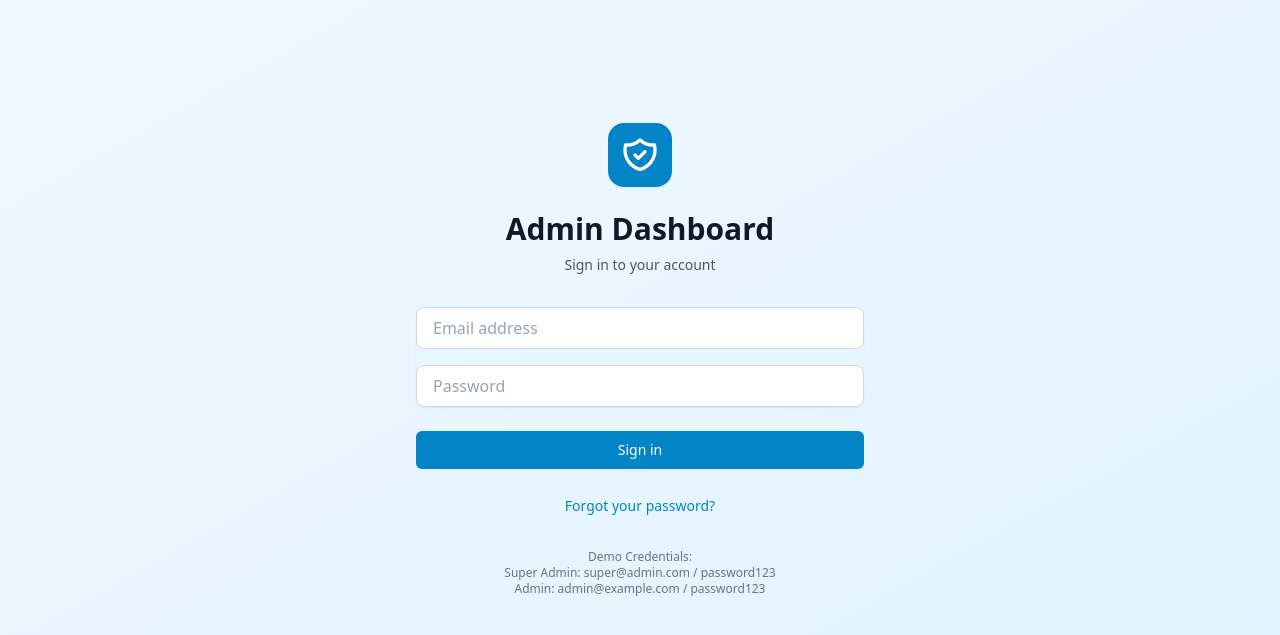
Repository: bilalarshad-1/E-Commernce
Page: / (app in frontend/)
An editor plug-in stored every save of this project. The page is shown before and after a run of saves, followed by the edit.
The browser window is 1280 px wide. The pictures show the whole page.
The page's requests for data from a server got no answer. The project was rebuilt for these pictures with package versions that can differ from the ones it lists, and the page was loaded fresh each time. No one was signed in, and anything a server would have sent is missing. Also part of the build but not shown: frontend/vite.config.js, frontend/src/components/Dashboard.jsx, frontend/src/components/Users.jsx, frontend/src/components/AuditLogs.jsx, frontend/src/components/Products/DeleteModal.jsx, frontend/src/components/Products/StockModal.jsx, frontend/src/components/Products/BarcodeModal.jsx, frontend/src/components/Products/QRCodeModal.jsx and 17 more.

Above is the page before, as saved 2026-05-18 01:25:06.

### frontend/src/main.jsx
import React from 'react'
import ReactDOM from 'react-dom/client'
import { BrowserRouter } from 'react-router-dom'
import App from './App.jsx'
import './index.css'
import { Toaster } from 'react-hot-toast'

ReactDOM.createRoot(document.getElementById('root')).render(
  <React.StrictMode>
    <BrowserRouter>
      <App />
      <Toaster position="top-right" />
    </BrowserRouter>
  </React.StrictMode>,
)

### frontend/src/index.css
@tailwind base;
@tailwind components;
@tailwind utilities;

@layer base {
  body {
    @apply bg-gray-50;
  }
}

@layer components {
  .sidebar-link {
    @apply flex items-center px-4 py-3 text-gray-700 hover:bg-gray-100 hover:text-gray-900 transition-colors duration-200;
  }

  .sidebar-link.active {
    @apply bg-primary-50 text-primary-600 border-r-4 border-primary-600;
  }

  .btn-primary {
    @apply bg-primary-600 text-white px-4 py-2 rounded-lg hover:bg-primary-700 transition-colors duration-200 focus:outline-none focus:ring-2 focus:ring-primary-500 focus:ring-offset-2;
  }

  .btn-secondary {
    @apply bg-gray-200 text-gray-800 px-4 py-2 rounded-lg hover:bg-gray-300 transition-colors duration-200;
  }

  .card {
    @apply bg-white rounded-xl shadow-sm border border-gray-200 p-6;
  }

  .input-field {
    @apply w-full px-4 py-2 border border-gray-300 rounded-lg focus:outline-none focus:ring-2 focus:ring-primary-500 focus:border-transparent;
  }
}

### frontend/src/context/AuthContext.jsx
import React, { createContext, useState, useContext, useEffect } from 'react';
import { authService } from '../services/api';
import toast from 'react-hot-toast';

const AuthContext = createContext({});

export const useAuth = () => useContext(AuthContext);

export const AuthProvider = ({ children }) => {
  const [user, setUser] = useState(null);
  const [loading, setLoading] = useState(true);

  useEffect(() => {
    const token = localStorage.getItem('token');
    const savedUser = localStorage.getItem('user');

    if (token && savedUser) {
      setUser(JSON.parse(savedUser));
      validateToken();
    } else {
      setLoading(false);
    }
  }, []);

  const validateToken = async () => {
    try {
      const response = await authService.getMe();
      if (response.data.success) {
        setUser(response.data.data);
        localStorage.setItem('user', JSON.stringify(response.data.data));
      }
    } catch (error) {
      logout();
    } finally {
      setLoading(false);
    }
  };

  const login = async (email, password) => {
    try {
      const response = await authService.login({ email, password });
      if (response.data.success) {
        const { token, user } = response.data;
        localStorage.setItem('token', token);
        localStorage.setItem('user', JSON.stringify(user));
        setUser(user);
        toast.success('Login successful!');
        return { success: true };
      }
    } catch (error) {
      toast.error(error.response?.data?.message || 'Login failed');
      return { success: false, error: error.response?.data?.message };
    }
  };

  const logout = async () => {
    try {
      await authService.logout();
    } catch (error) {
      console.error('Logout error:', error);
    } finally {
      localStorage.removeItem('token');
      localStorage.removeItem('user');
      setUser(null);
      toast.success('Logged out successfully');
    }
  };

  const registerFirstUser = async (userData) => {
    try {
      const response = await authService.registerFirst(userData);
      if (response.data.success) {
        const { token, user } = response.data;
        localStorage.setItem('token', token);
        localStorage.setItem('user', JSON.stringify(user));
        setUser(user);
        toast.success('Super Admin created successfully!');
        return { success: true };
      }
    } catch (error) {
      toast.error(error.response?.data?.message || 'Registration failed');
      return { success: false, error: error.response?.data?.message };
    }
  };

  const hasRole = (roles) => {
    if (!user) return false;
    return roles.includes(user.role);
  };

  return (
    <AuthContext.Provider
      value={{
        user,
        loading,
        login,
        logout,
        registerFirstUser,
        hasRole,
        isAuthenticated: !!user,
      }}
    >
      {children}
    </AuthContext.Provider>
  );
};

### frontend/src/components/Layout/Layout.jsx
import React, { useState } from 'react';
import { Outlet } from 'react-router-dom';
import Sidebar from './Sidebar';
import Header from './Header';

const Layout = () => {
  const [sidebarOpen, setSidebarOpen] = useState(false);

  return (
    <div className="h-screen flex overflow-hidden bg-gray-50">
      <Sidebar isOpen={sidebarOpen} onClose={() => setSidebarOpen(false)} />

      <div className="flex-1 flex flex-col overflow-hidden">
        <Header onMenuClick={() => setSidebarOpen(true)} />

        <main className="flex-1 overflow-y-auto p-4 sm:p-6 lg:p-8">
          <div className="max-w-7xl mx-auto">
            <Outlet />
          </div>
        </main>
      </div>
    </div>
  );
};

export default Layout;

### frontend/src/components/Login.jsx
import React, { useState } from 'react';
import { useNavigate } from 'react-router-dom';
import { useAuth } from '../context/AuthContext';
import toast from 'react-hot-toast';

const Login = () => {
  const [email, setEmail] = useState('');
  const [password, setPassword] = useState('');
  const [loading, setLoading] = useState(false);
  const { login } = useAuth();
  const navigate = useNavigate();

  const handleSubmit = async (e) => {
    e.preventDefault();

    if (!email || !password) {
      toast.error('Please fill in all fields');
      return;
    }

    setLoading(true);
    const result = await login(email, password);
    setLoading(false);

    if (result.success) {
      navigate('/dashboard');
    }
  };

  return (
    <div className="min-h-screen bg-gradient-to-br from-primary-50 to-primary-100 flex items-center justify-center px-4">
      <div className="max-w-md w-full space-y-8 animate-fade-in">
        <div className="text-center">
          <div className="mx-auto h-16 w-16 bg-primary-600 rounded-2xl flex items-center justify-center">
            <svg className="h-10 w-10 text-white" fill="none" viewBox="0 0 24 24" stroke="currentColor">
              <path strokeLinecap="round" strokeLinejoin="round" strokeWidth={2} d="M9 12l2 2 4-4m5.618-4.016A11.955 11.955 0 0112 2.944a11.955 11.955 0 01-8.618 3.04A12.02 12.02 0 003 9c0 5.591 3.824 10.29 9 11.622 5.176-1.332 9-6.03 9-11.622 0-1.042-.133-2.052-.382-3.016z" />
            </svg>
          </div>
          <h2 className="mt-6 text-3xl font-extrabold text-gray-900">
            Admin Dashboard
          </h2>
          <p className="mt-2 text-sm text-gray-600">
            Sign in to your account
          </p>
        </div>

        <form className="mt-8 space-y-6" onSubmit={handleSubmit}>
          <div className="rounded-md shadow-sm space-y-4">
            <div>
              <label htmlFor="email" className="sr-only">
                Email address
              </label>
              <input
                id="email"
                name="email"
                type="email"
                autoComplete="email"
                required
                value={email}
                onChange={(e) => setEmail(e.target.value)}
                className="input-field"
                placeholder="Email address"
              />
            </div>
            <div>
              <label htmlFor="password" className="sr-only">
                Password
              </label>
              <input
                id="password"
                name="password"
                type="password"
                autoComplete="current-password"
                required
                value={password}
                onChange={(e) => setPassword(e.target.value)}
                className="input-field"
                placeholder="Password"
              />
            </div>
          </div>

          <div>
            <button
              type="submit"
              disabled={loading}
              className="group relative w-full flex justify-center py-2 px-4 border border-transparent text-sm font-medium rounded-md text-white bg-primary-600 hover:bg-primary-700 focus:outline-none focus:ring-2 focus:ring-offset-2 focus:ring-primary-500 disabled:opacity-50 disabled:cursor-not-allowed"
            >
              {loading ? (
                <svg className="animate-spin h-5 w-5 text-white" xmlns="http://www.w3.org/2000/svg" fill="none" viewBox="0 0 24 24">
                  <circle className="opacity-25" cx="12" cy="12" r="10" stroke="currentColor" strokeWidth="4"></circle>
                  <path className="opacity-75" fill="currentColor" d="M4 12a8 8 0 018-8V0C5.373 0 0 5.373 0 12h4zm2 5.291A7.962 7.962 0 014 12H0c0 3.042 1.135 5.824 3 7.938l3-2.647z"></path>
                </svg>
              ) : (
                'Sign in'
              )}
            </button>
          </div>

          <div className="text-center">
            <a href="/forgot-password" className="text-sm text-primary-600 hover:text-primary-500">
              Forgot your password?
            </a>
          </div>
        </form>

        <div className="mt-8 text-center text-xs text-gray-500">
          <p>Demo Credentials:</p>
          <p>Super Admin: super@admin.com / password123</p>
          <p>Admin: admin@example.com / password123</p>
        </div>
      </div>
    </div>
  );
};

export default Login;

### frontend/src/components/PrivateRoute.jsx
import React from 'react';
import { Navigate } from 'react-router-dom';
import { useAuth } from '../context/AuthContext';

const PrivateRoute = ({ children, roles }) => {
  const { isAuthenticated, user, loading } = useAuth();

  if (loading) {
    return (
      <div className="flex justify-center items-center h-screen">
        <div className="animate-spin rounded-full h-12 w-12 border-b-2 border-primary-600"></div>
      </div>
    );
  }

  if (!isAuthenticated) {
    return <Navigate to="/login" />;
  }

  if (roles && !roles.includes(user?.role)) {
    return <Navigate to="/dashboard" />;
  }

  return children;
};

export default PrivateRoute;

### frontend/src/components/Layout/Sidebar.jsx
import React from 'react';
import { NavLink } from 'react-router-dom';
import { useAuth } from '../../context/AuthContext';
import {
  FiHome,
  FiUsers,
  FiClipboard,
  FiSettings,
  FiShield,
  FiActivity,
  FiBarChart2,
  FiPackage,
  FiFolder,
  FiUsers as FiCustomers,
  FiImage,
  FiShoppingBag,
  FiGrid,
  FiFileText,
  FiMail,
  FiStar,
  FiTrendingUp,
  FiTruck,
  FiTag,
  FiSliders
} from 'react-icons/fi';

const Sidebar = ({ isOpen, onClose }) => {
  const { user, hasRole } = useAuth();

  const menuItems = [
    {
      path: '/dashboard',
      name: 'Dashboard',
      icon: FiHome,
      roles: ['super-admin', 'admin', 'manager', 'employee']
    },
    {
      path: '/users',
      name: 'Users',
      icon: FiUsers,
      roles: ['super-admin', 'admin', 'manager']
    },
    {
      path: '/customers',
      name: 'Customers',
      icon: FiCustomers,
      roles: ['super-admin', 'admin', 'manager']
    },
    {
      path: '/products',
      name: 'Products',
      icon: FiPackage,
      roles: ['super-admin', 'admin', 'manager']
    },
    {
      path: '/categories',
      name: 'Categories',
      icon: FiFolder,
      roles: ['super-admin', 'admin', 'manager']
    },
    {
      path: '/hero',
      name: 'Hero Section',
      icon: FiSliders,
      roles: ['super-admin', 'admin']
    },
    {
      path: '/admin/orders',
      name: 'Orders',
      icon: FiShoppingBag,
      roles: ['super-admin', 'admin', 'manager']
    },
    {
      path: '/audit-logs',
      name: 'Audit Logs',
      icon: FiClipboard,
      roles: ['super-admin', 'admin']
    },
    {
      path: '/analytics',
      name: 'Analytics',
      icon: FiBarChart2,
      roles: ['super-admin', 'admin']
    },
    {
      path: '/settings',
      name: 'Settings',
      icon: FiSettings,
      roles: ['super-admin', 'admin']
    }
  ];

  const filteredMenu = menuItems.filter(item =>
    !item.roles || hasRole(item.roles)
  );

  return (
    <>
      {/* Mobile sidebar backdrop */}
      {isOpen && (
        <div
          className="fixed inset-0 z-20 bg-black bg-opacity-50 transition-opacity lg:hidden"
          onClick={onClose}
        />
      )}

      {/* Sidebar */}
      <div
        className={`fixed inset-y-0 left-0 z-30 w-64 bg-white shadow-lg transform transition-transform duration-300 ease-in-out lg:translate-x-0 lg:static lg:inset-auto ${
          isOpen ? 'translate-x-0' : '-translate-x-full'
        }`}
      >
        <div className="flex flex-col h-full">
          {/* Logo */}
          <div className="flex items-center justify-center h-16 bg-gradient-to-r from-orange-500 to-red-500">
            <div className="flex items-center space-x-2">
              <FiShield className="h-8 w-8 text-white" />
              <span className="text-white font-bold text-xl">DesiCart</span>
            </div>
          </div>

          {/* User Info */}
          <div className="px-4 py-4 border-b border-gray-200">
            <div className="flex items-center space-x-3">
              <div className="w-10 h-10 rounded-full bg-orange-100 flex items-center justify-center">
                <span className="text-orange-600 font-semibold">
                  {user?.name?.charAt(0).toUpperCase()}
                </span>
              </div>
              <div className="flex-1 min-w-0">
                <p className="text-sm font-medium text-gray-900 truncate">
                  {user?.name}
                </p>
                <p className="text-xs text-gray-500 truncate">
                  {user?.email}
                </p>
                <span className="inline-flex items-center px-2 py-0.5 rounded text-xs font-medium bg-orange-100 text-orange-800 mt-1">
                  {user?.role}
                </span>
              </div>
            </div>
          </div>

          {/* Navigation */}
          <nav className="flex-1 px-2 py-4 space-y-1 overflow-y-auto">
            {filteredMenu.map((item) => (
              <NavLink
                key={item.path}
                to={item.path}
                className={({ isActive }) =>
                  `flex items-center px-3 py-2 text-sm font-medium rounded-lg transition-colors ${
                    isActive
                      ? 'bg-orange-50 text-orange-700'
                      : 'text-gray-700 hover:bg-gray-100'
                  }`
                }
                onClick={onClose}
              >
                <item.icon className="h-5 w-5 mr-3" />
                {item.name}
              </NavLink>
            ))}
          </nav>

          {/* Footer */}
          <div className="p-4 border-t border-gray-200">
            <div className="text-xs text-gray-500 text-center">
              <p>© 2024 DesiCart</p>
              <p className="mt-1">Version 2.0.0</p>
            </div>
          </div>
        </div>
      </div>
    </>
  );
};

export default Sidebar;

### frontend/src/components/Layout/Header.jsx
import React, { useState } from 'react';
import { useNavigate } from 'react-router-dom';
import { useAuth } from '../../context/AuthContext';
import { FiMenu, FiBell, FiUser, FiLogOut, FiSettings } from 'react-icons/fi';

const Header = ({ onMenuClick }) => {
  const [showDropdown, setShowDropdown] = useState(false);
  const { user, logout } = useAuth();
  const navigate = useNavigate();

  const handleLogout = async () => {
    await logout();
    navigate('/login');
  };

  return (
    <header className="bg-white shadow-sm border-b border-gray-200">
      <div className="px-4 sm:px-6 lg:px-8">
        <div className="flex justify-between h-16">
          {/* Left side */}
          <div className="flex items-center">
            <button
              onClick={onMenuClick}
              className="p-2 rounded-md text-gray-400 hover:text-gray-500 hover:bg-gray-100 focus:outline-none focus:ring-2 focus:ring-inset focus:ring-primary-500 lg:hidden"
            >
              <FiMenu className="h-6 w-6" />
            </button>
            <div className="hidden lg:block">
              <h1 className="text-xl font-semibold text-gray-900">
                Welcome back, {user?.name?.split(' ')[0]}!
              </h1>
            </div>
          </div>

          {/* Right side */}
          <div className="flex items-center space-x-4">
            {/* Notifications */}
            <button className="p-2 rounded-full text-gray-400 hover:text-gray-500 hover:bg-gray-100 focus:outline-none focus:ring-2 focus:ring-offset-2 focus:ring-primary-500 relative">
              <FiBell className="h-6 w-6" />
              <span className="absolute top-0 right-0 block h-2 w-2 rounded-full bg-red-500 ring-2 ring-white" />
            </button>

            {/* User dropdown */}
            <div className="relative">
              <button
                onClick={() => setShowDropdown(!showDropdown)}
                className="flex items-center space-x-3 focus:outline-none"
              >
                <div className="w-8 h-8 rounded-full bg-primary-100 flex items-center justify-center">
                  <span className="text-primary-600 font-medium">
                    {user?.name?.charAt(0).toUpperCase()}
                  </span>
                </div>
                <span className="hidden md:block text-sm font-medium text-gray-700">
                  {user?.name}
                </span>
                <FiUser className="hidden md:block h-4 w-4 text-gray-400" />
              </button>

              {/* Dropdown menu */}
              {showDropdown && (
                <div className="absolute right-0 mt-2 w-48 bg-white rounded-md shadow-lg py-1 z-10 border border-gray-200">
                  <button
                    onClick={() => {
                      setShowDropdown(false);
                      navigate('/profile');
                    }}
                    className="block w-full text-left px-4 py-2 text-sm text-gray-700 hover:bg-gray-100"
                  >
                    <FiUser className="inline mr-2 h-4 w-4" />
                    Your Profile
                  </button>
                  <button
                    onClick={() => {
                      setShowDropdown(false);
                      navigate('/settings');
                    }}
                    className="block w-full text-left px-4 py-2 text-sm text-gray-700 hover:bg-gray-100"
                  >
                    <FiSettings className="inline mr-2 h-4 w-4" />
                    Settings
                  </button>
                  <hr className="my-1" />
                  <button
                    onClick={handleLogout}
                    className="block w-full text-left px-4 py-2 text-sm text-red-600 hover:bg-gray-100"
                  >
                    <FiLogOut className="inline mr-2 h-4 w-4" />
                    Sign out
                  </button>
                </div>
              )}
            </div>
          </div>
        </div>
      </div>

      {/* Mobile header title */}
      <div className="lg:hidden px-4 py-2 border-t border-gray-200">
        <p className="text-sm text-gray-600">
          Welcome back, {user?.name?.split(' ')[0]}!
        </p>
      </div>
    </header>
  );
};

export default Header;

Loaded but not shown: frontend/src/services/api.js (123 lines, source omitted); frontend/tailwind.config.js (26 lines, source omitted); frontend/src/App.jsx (224 lines, source omitted)

After the next 2 saves:
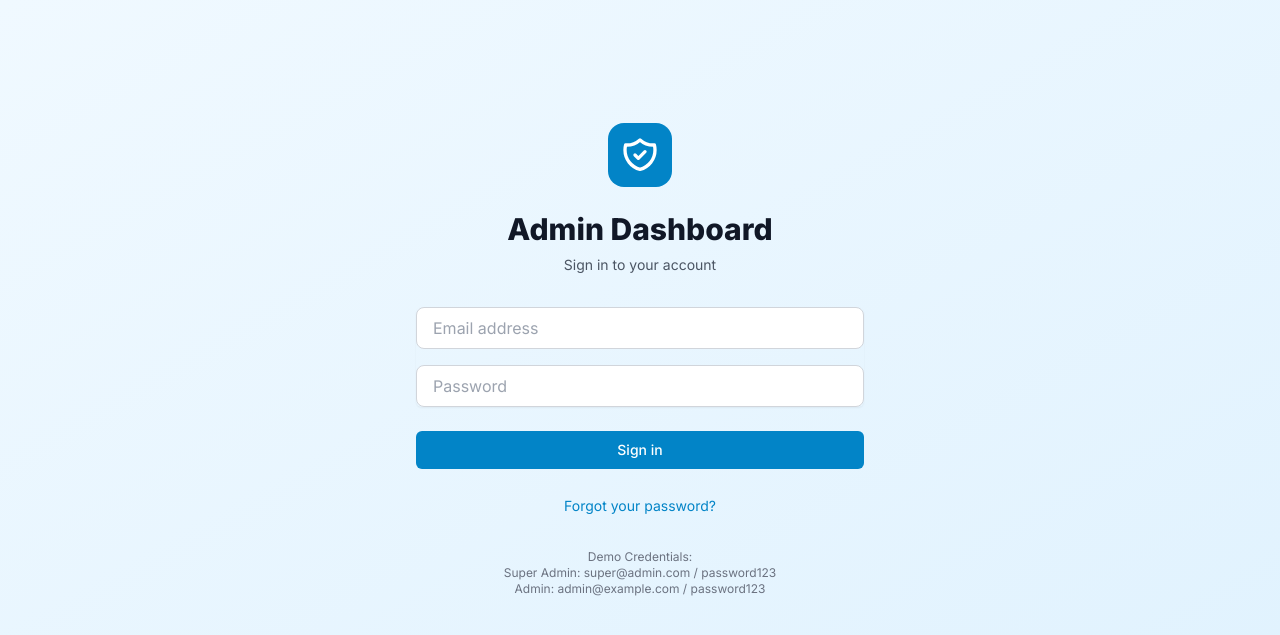
The 2 saves are shown as one change because they came seconds apart.
The last was saved 74 s later.
--- a/frontend/src/index.css
+++ b/frontend/src/index.css
@@ -1,35 +1,110 @@
+/* ============================================
+   src/index.css
+   ============================================ */
+@import url('https://fonts.googleapis.com/css2?family=Inter:wght@300;400;500;600;700;800&display=swap');
+
 @tailwind base;
 @tailwind components;
 @tailwind utilities;
 
 @layer base {
   body {
-    @apply bg-gray-50;
+    font-family: 'Inter', sans-serif;
   }
 }
 
 @layer components {
-  .sidebar-link {
-    @apply flex items-center px-4 py-3 text-gray-700 hover:bg-gray-100 hover:text-gray-900 transition-colors duration-200;
-  }
-
-  .sidebar-link.active {
-    @apply bg-primary-50 text-primary-600 border-r-4 border-primary-600;
-  }
-
   .btn-primary {
-    @apply bg-primary-600 text-white px-4 py-2 rounded-lg hover:bg-primary-700 transition-colors duration-200 focus:outline-none focus:ring-2 focus:ring-primary-500 focus:ring-offset-2;
+    @apply bg-indigo-600 text-white px-6 py-2 rounded-lg hover:bg-indigo-700 transition duration-300 font-medium;
   }
 
   .btn-secondary {
-    @apply bg-gray-200 text-gray-800 px-4 py-2 rounded-lg hover:bg-gray-300 transition-colors duration-200;
+    @apply bg-gray-200 text-gray-800 px-6 py-2 rounded-lg hover:bg-gray-300 transition duration-300 font-medium;
+  }
+
+  .btn-outline {
+    @apply border-2 border-indigo-600 text-indigo-600 px-6 py-2 rounded-lg hover:bg-indigo-600 hover:text-white transition duration-300 font-medium;
+  }
+
+  .input-field {
+    @apply w-full px-4 py-2 border border-gray-300 rounded-lg focus:outline-none focus:ring-2 focus:ring-indigo-500 focus:border-transparent;
   }
 
   .card {
-    @apply bg-white rounded-xl shadow-sm border border-gray-200 p-6;
-  }
-
-  .input-field {
-    @apply w-full px-4 py-2 border border-gray-300 rounded-lg focus:outline-none focus:ring-2 focus:ring-primary-500 focus:border-transparent;
+    @apply bg-white rounded-xl shadow-md overflow-hidden hover:shadow-lg transition-shadow duration-300;
   }
 }
+/* src/index.css or src/styles/globals.css - Add these color variables */
+
+:root {
+  /* Color Scheme based on requirements */
+  --color-white: #FFFFFF;
+  --color-charcoal: #2C3E50;
+  --color-orange: #FF8C00;
+  --color-soft-cream: #FFF8E7;
+  --color-dark: #1A1A2E;
+  --color-deep-orange: #E65100;
+  --color-light-gray: #E5E7EB;
+  --color-orange-accent: #FF6B35;
+}
+
+/* Custom Tailwind colors - Add to your tailwind.config.js */
+/*
+module.exports = {
+  theme: {
+    extend: {
+      colors: {
+        'charcoal': '#2C3E50',
+        'soft-cream': '#FFF8E7',
+        'dark': '#1A1A2E',
+        'deep-orange': '#E65100',
+        'light-gray': '#E5E7EB',
+        'orange-accent': '#FF6B35',
+        'orange': '#FF8C00',
+      }
+    }
+  }
+}
+*/
+
+/* Hero Slider custom styles */
+.hero-slider .swiper-pagination-bullet {
+  background: #FF8C00;
+  opacity: 0.5;
+}
+
+.hero-slider .swiper-pagination-bullet-active {
+  background: #FF8C00;
+  opacity: 1;
+}
+
+.hero-slider .swiper-button-next,
+.hero-slider .swiper-button-prev {
+  color: #FF8C00;
+  background: rgba(255, 255, 255, 0.9);
+  width: 44px;
+  height: 44px;
+  border-radius: 50%;
+  box-shadow: 0 2px 10px rgba(0, 0, 0, 0.1);
+}
+
+.hero-slider .swiper-button-next:after,
+.hero-slider .swiper-button-prev:after {
+  font-size: 18px;
+  font-weight: bold;
+}
+
+/* Line clamp utility */
+.line-clamp-1 {
+  display: -webkit-box;
+  -webkit-line-clamp: 1;
+  -webkit-box-orient: vertical;
+  overflow: hidden;
+}
+
+.line-clamp-2 {
+  display: -webkit-box;
+  -webkit-line-clamp: 2;
+  -webkit-box-orient: vertical;
+  overflow: hidden;
+}
